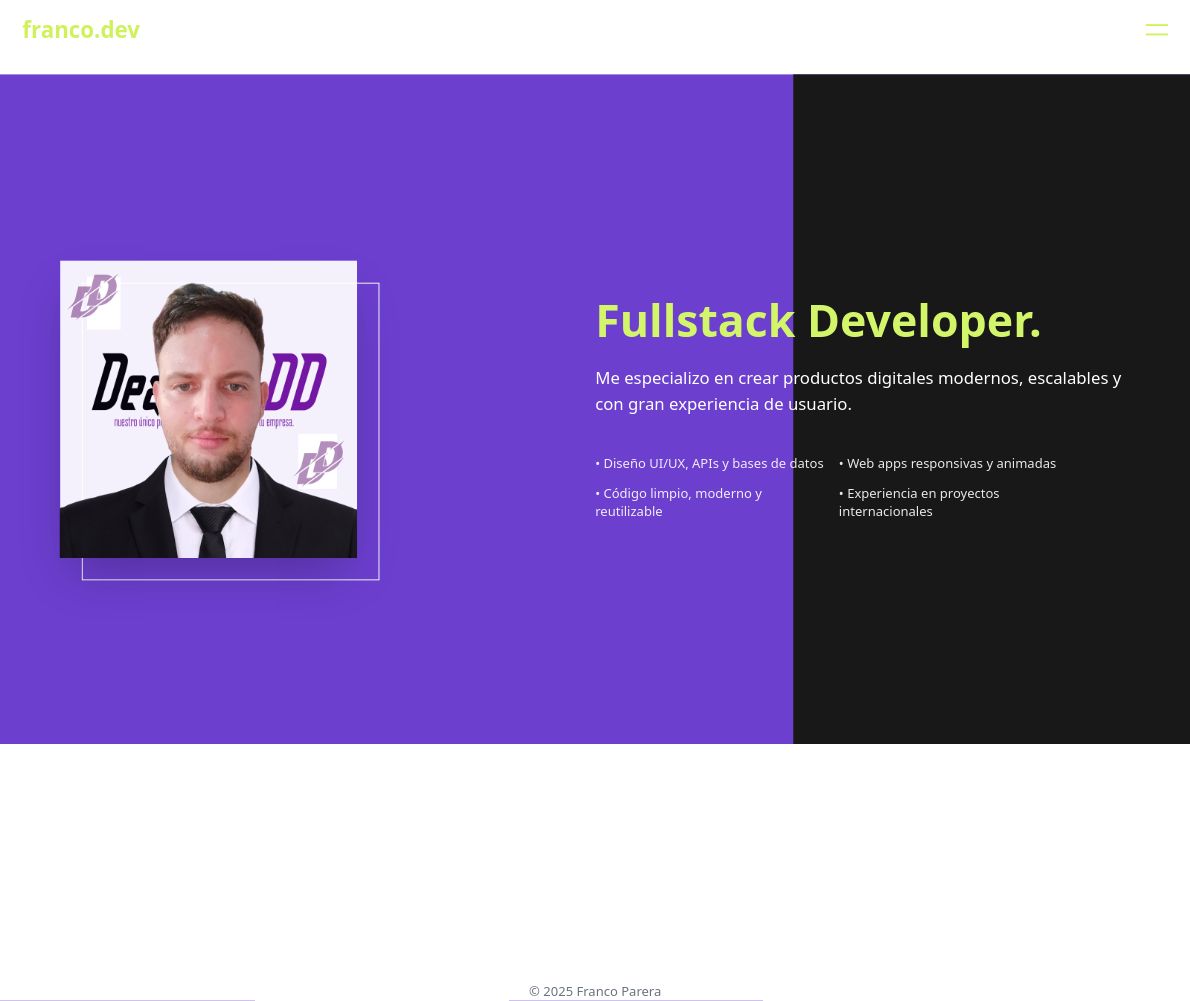
Repository: francoluca35/portfolio-franco-dev
Page: /
These files come from the project's save history. The page is drawn as it stood at one moment and after the next save; the edit follows.
The browser window is 1280 px wide. The pictures show the whole page, at 93% of full size.
The project was rebuilt for these pictures with package versions that can differ from the ones it lists, and the page was loaded fresh each time. The framework's server and built-in components were replaced by stand-ins that run in the browser. Also part of the build but not shown: next.config.js.

Above is the page before, as saved 2025-05-06 01:28:21.

After the next save:
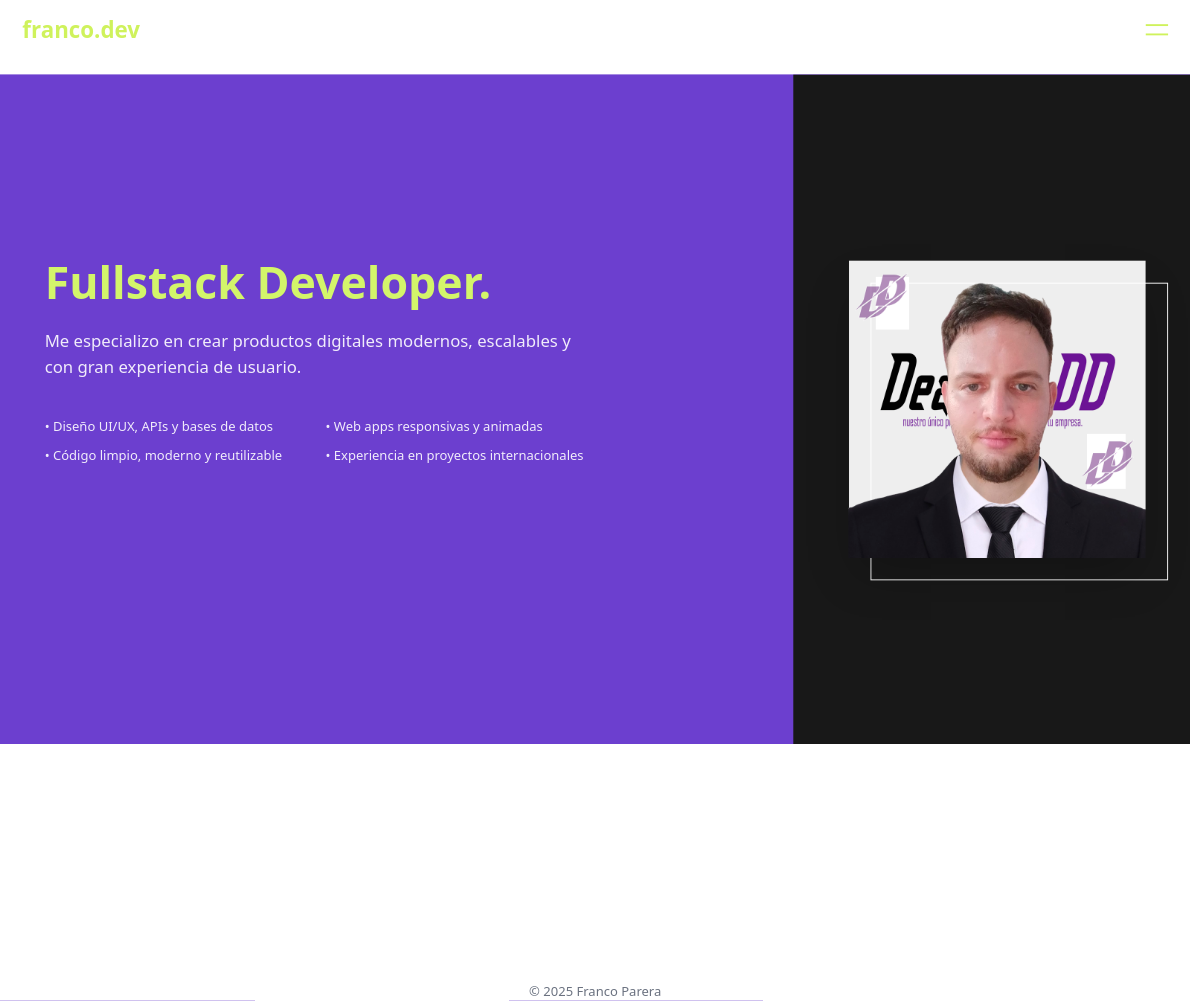
Saved 38 s later.
--- a/components/Hero.jsx
+++ b/components/Hero.jsx
@@ -4,35 +4,13 @@
 
 export default function Hero() {
   return (
-    <section className="relative w-full min-h-screen bg-[#6C3FCF] text-white flex items-center justify-center sm:px-12 py-20">
-      {/* Fondo negro a la derecha solo en desktop */}
+    <section className="relative w-full min-h-screen bg-[#6C3FCF] text-white overflow-hidden flex items-center justify-center px-6 sm:px-12 py-20">
+      {/* Fondo negro a la derecha (solo en desktop) */}
       <div className="hidden md:block absolute top-0 right-0 w-1/3 h-full bg-[#181818] z-0" />
 
       {/* Contenido */}
-      <div className="relative z-10 max-w-6xl w-full flex flex-col items-center md:flex-row md:items-center md:justify-between gap-10 md:gap-0">
-        {/* Imagen arriba en mobile, a la derecha en desktop */}
-        <motion.div
-          initial={{ opacity: 0, scale: 0.95 }}
-          animate={{ opacity: 1, scale: 1 }}
-          transition={{ duration: 0.6 }}
-          className="relative flex justify-center"
-        >
-          {/* Cuadro blanco detrás */}
-          <div className="absolute top-6 left-6 w-60 h-60 md:w-80 md:h-80 border border-white z-0" />
-
-          {/* Imagen principal */}
-          <div className="relative w-60 h-60 md:w-80 md:h-80 shadow-2xl overflow-hidden z-10">
-            <Image
-              src="/assets/yo-franco.png"
-              alt="Foto de Franco"
-              fill
-              className="object-cover"
-              priority
-            />
-          </div>
-        </motion.div>
-
-        {/* Texto debajo en mobile, izquierda en desktop */}
+      <div className="relative z-10 max-w-7xl w-full flex flex-col-reverse md:flex-row items-center md:items-start justify-between gap-12">
+        {/* Texto (izquierda en desktop) */}
         <div className="text-center md:text-left md:w-1/2 space-y-6">
           <motion.h1
             initial={{ opacity: 0, y: 20 }}
@@ -47,19 +25,41 @@
             initial={{ opacity: 0, y: 20 }}
             animate={{ opacity: 1, y: 0 }}
             transition={{ delay: 0.2, duration: 0.6 }}
-            className="text-base sm:text-lg text-white max-w-xl mx-auto md:mx-0"
+            className="text-base sm:text-lg text-white/90 max-w-xl mx-auto md:mx-0"
           >
             Me especializo en crear productos digitales modernos, escalables y
             con gran experiencia de usuario.
           </motion.p>
 
-          <div className="grid grid-cols-1 sm:grid-cols-2 gap-3 text-sm text-white/90 max-w-lg mx-auto md:mx-0 pt-4">
+          <div className="grid grid-cols-1 sm:grid-cols-2 gap-3 text-sm text-white/90 pt-4">
             <p>• Diseño UI/UX, APIs y bases de datos</p>
             <p>• Web apps responsivas y animadas</p>
             <p>• Código limpio, moderno y reutilizable</p>
             <p>• Experiencia en proyectos internacionales</p>
           </div>
         </div>
+
+        {/* Imagen (derecha en desktop) */}
+        <motion.div
+          initial={{ opacity: 0, scale: 0.95 }}
+          animate={{ opacity: 1, scale: 1 }}
+          transition={{ duration: 0.6 }}
+          className="relative"
+        >
+          {/* Marco blanco */}
+          <div className="absolute top-6 left-6 w-60 h-60 md:w-80 md:h-80 border border-white z-0" />
+
+          {/* Imagen */}
+          <div className="relative w-60 h-60 md:w-80 md:h-80 shadow-2xl overflow-hidden z-10">
+            <Image
+              src="/assets/yo-franco.png"
+              alt="Foto de Franco"
+              fill
+              className="object-cover"
+              priority
+            />
+          </div>
+        </motion.div>
       </div>
     </section>
   );

After the save that followed:
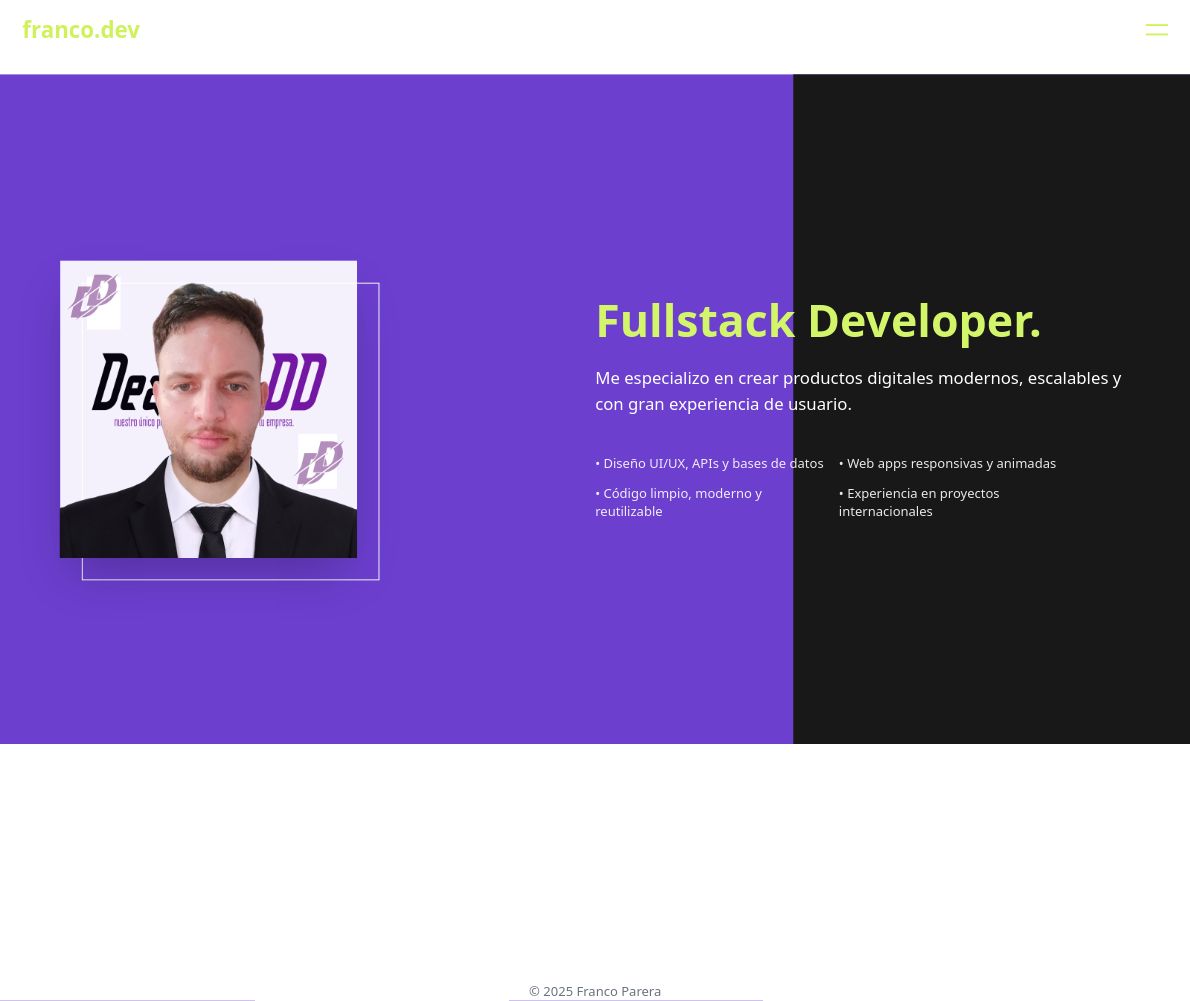
Saved 15 s later.
--- a/components/Hero.jsx
+++ b/components/Hero.jsx
@@ -4,13 +4,35 @@
 
 export default function Hero() {
   return (
-    <section className="relative w-full min-h-screen bg-[#6C3FCF] text-white overflow-hidden flex items-center justify-center px-6 sm:px-12 py-20">
-      {/* Fondo negro a la derecha (solo en desktop) */}
+    <section className="relative w-full min-h-screen bg-[#6C3FCF] text-white flex items-center justify-center sm:px-12 py-20">
+      {/* Fondo negro a la derecha solo en desktop */}
       <div className="hidden md:block absolute top-0 right-0 w-1/3 h-full bg-[#181818] z-0" />
 
       {/* Contenido */}
-      <div className="relative z-10 max-w-7xl w-full flex flex-col-reverse md:flex-row items-center md:items-start justify-between gap-12">
-        {/* Texto (izquierda en desktop) */}
+      <div className="relative z-10 max-w-6xl w-full flex flex-col items-center md:flex-row md:items-center md:justify-between gap-10 md:gap-0">
+        {/* Imagen arriba en mobile, a la derecha en desktop */}
+        <motion.div
+          initial={{ opacity: 0, scale: 0.95 }}
+          animate={{ opacity: 1, scale: 1 }}
+          transition={{ duration: 0.6 }}
+          className="relative flex justify-center"
+        >
+          {/* Cuadro blanco detrás */}
+          <div className="absolute top-6 left-6 w-60 h-60 md:w-80 md:h-80 border border-white z-0" />
+
+          {/* Imagen principal */}
+          <div className="relative w-60 h-60 md:w-80 md:h-80 shadow-2xl overflow-hidden z-10">
+            <Image
+              src="/assets/yo-franco.png"
+              alt="Foto de Franco"
+              fill
+              className="object-cover"
+              priority
+            />
+          </div>
+        </motion.div>
+
+        {/* Texto debajo en mobile, izquierda en desktop */}
         <div className="text-center md:text-left md:w-1/2 space-y-6">
           <motion.h1
             initial={{ opacity: 0, y: 20 }}
@@ -25,41 +47,19 @@
             initial={{ opacity: 0, y: 20 }}
             animate={{ opacity: 1, y: 0 }}
             transition={{ delay: 0.2, duration: 0.6 }}
-            className="text-base sm:text-lg text-white/90 max-w-xl mx-auto md:mx-0"
+            className="text-base sm:text-lg text-white max-w-xl mx-auto md:mx-0"
           >
             Me especializo en crear productos digitales modernos, escalables y
             con gran experiencia de usuario.
           </motion.p>
 
-          <div className="grid grid-cols-1 sm:grid-cols-2 gap-3 text-sm text-white/90 pt-4">
+          <div className="grid grid-cols-1 sm:grid-cols-2 gap-3 text-sm text-white/90 max-w-lg mx-auto md:mx-0 pt-4">
             <p>• Diseño UI/UX, APIs y bases de datos</p>
             <p>• Web apps responsivas y animadas</p>
             <p>• Código limpio, moderno y reutilizable</p>
             <p>• Experiencia en proyectos internacionales</p>
           </div>
         </div>
-
-        {/* Imagen (derecha en desktop) */}
-        <motion.div
-          initial={{ opacity: 0, scale: 0.95 }}
-          animate={{ opacity: 1, scale: 1 }}
-          transition={{ duration: 0.6 }}
-          className="relative"
-        >
-          {/* Marco blanco */}
-          <div className="absolute top-6 left-6 w-60 h-60 md:w-80 md:h-80 border border-white z-0" />
-
-          {/* Imagen */}
-          <div className="relative w-60 h-60 md:w-80 md:h-80 shadow-2xl overflow-hidden z-10">
-            <Image
-              src="/assets/yo-franco.png"
-              alt="Foto de Franco"
-              fill
-              className="object-cover"
-              priority
-            />
-          </div>
-        </motion.div>
       </div>
     </section>
   );
